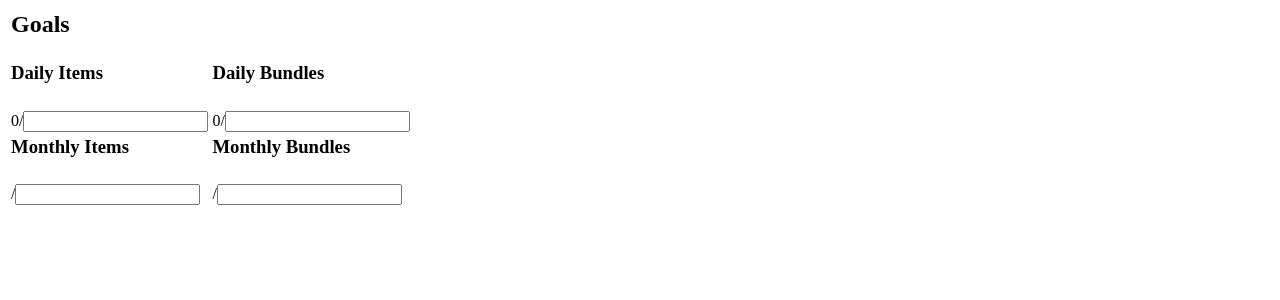
Repository: arjay07/AlineNotebook
Page: app/views/goalstable.html
The author's editor kept a record of every edit. The page is drawn from the files as they stood at one moment, then again after the next edit.
The browser window is 1280 px wide. The pictures show the whole page.

Above is the page before.

After the next edit:
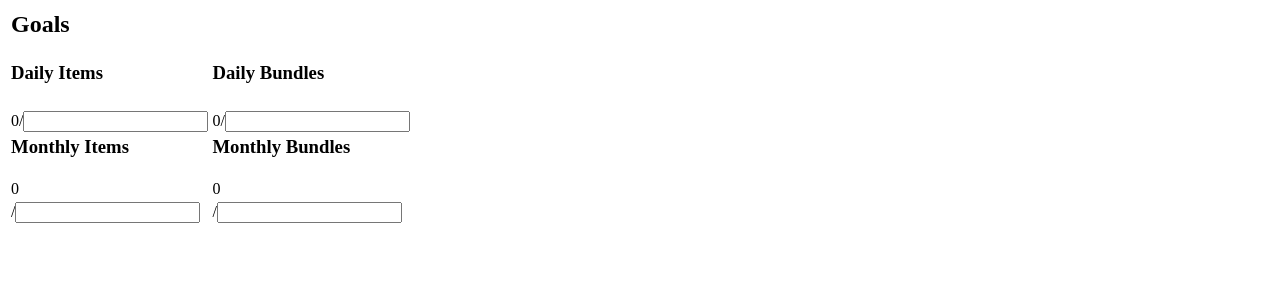
The edit:
--- a/app/views/goalstable.html
+++ b/app/views/goalstable.html
@@ -17,8 +17,8 @@
         <td><h3>Monthly Bundles</h3></td>
     </tr>
     <tr>
-        <td><div id="migcirc"></div></td>
-        <td><div id="mbgcirc"></div></td>
+        <td><div id="migcirc">0</div></td>
+        <td><div id="mbgcirc">0</div></td>
     </tr>
     <tr>
         <td><span id="mi"></span>/<input id="mig" type="number"/></td>
